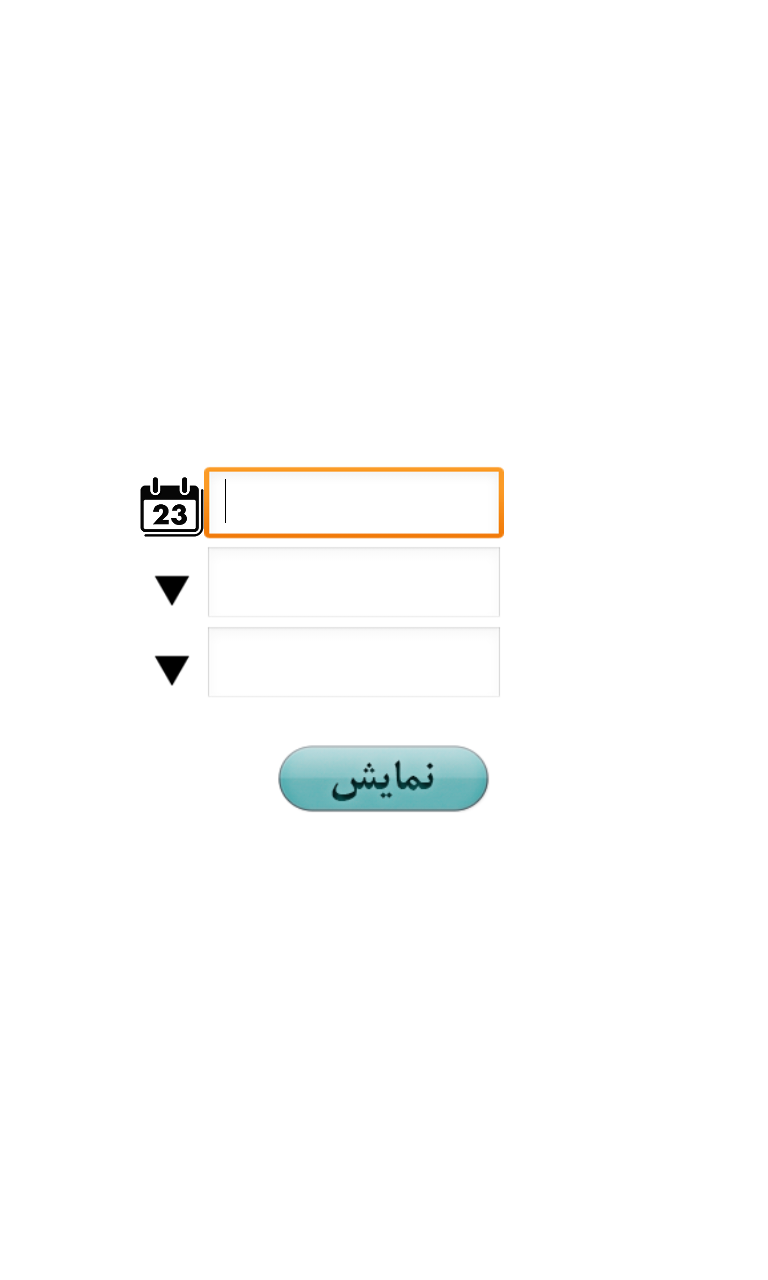
Repository: AtiehPardaz/Reports-Mobile
Layout: Reportsmobile/res/layout/frg_kala_mojodi.xml
These files come from the project's save history. The layout is drawn as it stood at one moment and after the next save; the edit follows.
It is drawn on a 768 x 1280 px phone screen (xhdpi) without system bars, with theme Theme.behzad; the app's code is not run.

Above is the layout before, as saved 2015-03-11 14:50:01.

### Reportsmobile/res/layout/frg_kala_mojodi.xml
<LinearLayout xmlns:android="http://schemas.android.com/apk/res/android"
    android:layout_width="match_parent"
    android:layout_height="match_parent"
    android:layout_gravity="center"
    android:layout_weight="1"
    android:gravity="center"
    android:orientation="vertical" >

    <LinearLayout
        android:layout_width="wrap_content"
        android:layout_height="wrap_content"
        android:layout_gravity="center"
        android:gravity="right" >

        <ImageButton
            android:id="@+id/imgbtn_underline_gardesh_hesabdari"
            android:layout_width="32dp"
            android:layout_height="32dp"
            android:layout_gravity="center"
            android:background="@drawable/ic_action_date" />

        <EditText
            android:id="@+id/et_fromdate_hesabdari"
            android:layout_width="150dp"
            android:layout_height="40dp"
            android:layout_gravity="center"
            android:inputType="date" >

            <requestFocus />
        </EditText>

        <TextView
            android:id="@+id/TextView01"
            android:layout_width="wrap_content"
            android:layout_height="wrap_content"
            android:layout_gravity="right|center"
            android:gravity="right"
            android:text="تاریخ:         "
            android:textAppearance="?android:attr/textAppearanceLarge"
            android:textColor="#ffffff"
            android:textSize="14sp" />

    </LinearLayout>

        <LinearLayout
            android:layout_width="wrap_content"
            android:layout_height="wrap_content"
            android:layout_gravity="center"
            android:gravity="right" >

            <ImageButton
                android:id="@+id/imgbtn_shakhsgardesh_hesabdari"
               android:layout_width="32dp"
                android:layout_height="32dp"
                android:layout_gravity="center"
                android:background="@drawable/down" />

            <EditText
                android:id="@+id/et_shakhsgardesh_hesabdari"
                android:layout_width="150dp"
                android:layout_height="40dp"
                android:layout_gravity="center"
                android:inputType="date" />

            <TextView
                android:id="@+id/tv_shakhsgardesh_hesabdari"
                android:layout_width="wrap_content"
                android:layout_height="wrap_content"
                android:layout_gravity="right|center"
                android:gravity="right"
                android:text="انبارها:        "
                android:textAppearance="?android:attr/textAppearanceLarge"
                android:textColor="#ffffff"
                android:textSize="14sp" />

        </LinearLayout>

        <LinearLayout
            android:layout_width="wrap_content"
            android:layout_height="wrap_content"
            android:layout_gravity="center"
            android:gravity="right" >

            <ImageButton
                android:id="@+id/imgbtn_sathtafsil_hesabdari"
               android:layout_width="32dp"
                android:layout_height="32dp"
                android:layout_gravity="center"
                android:background="@drawable/down" />

            <EditText
                android:id="@+id/et_sathtafsil_hesabdari"
                android:layout_width="150dp"
                android:layout_height="40dp"
                android:layout_gravity="center"
                android:inputType="date" />

            <TextView
                android:id="@+id/tv_sathtafsilgardesh_hesabdari"
                android:layout_width="wrap_content"
                android:layout_height="wrap_content"
                android:layout_gravity="right|center"
                android:gravity="right"
                android:text="کالاها:         "
                android:textAppearance="?android:attr/textAppearanceLarge"
                android:textColor="#ffffff"
                android:textSize="14sp" />

        </LinearLayout>

     <LinearLayout
            android:layout_width="wrap_content"
            android:layout_height="wrap_content"
            android:layout_gravity="center"
            android:gravity="right" >

            <TextView
                android:id="@+id/tv_sathtafsilgardesh_hesabdarik"
                android:layout_width="wrap_content"
                android:layout_height="wrap_content"
                android:layout_gravity="right|center"
                android:gravity="right"
                android:text="کالاها:         "
                android:textAppearance="?android:attr/textAppearanceLarge"
                android:textColor="#ffffff"
                android:textSize="14sp" />

        </LinearLayout>

<ImageButton
    android:id="@+id/imgbtn_namayesh_gardesh_hesabdari"
    android:layout_width="wrap_content"
    android:layout_height="wrap_content"
    android:background="@drawable/btnnamayesh"
    android:src="@drawable/btn_click" />

    </LinearLayout>

### Reportsmobile/res/drawable/btn_click.xml
<selector xmlns:android="http://schemas.android.com/apk/res/android">
<item android:state_focused="true" android:drawable="@drawable/btnclick"/>
<item android:state_pressed="true" android:drawable="@drawable/btnclick" />

</selector>

Loaded but not shown: Reportsmobile/res/values/styles.xml (common file)

After the next save:
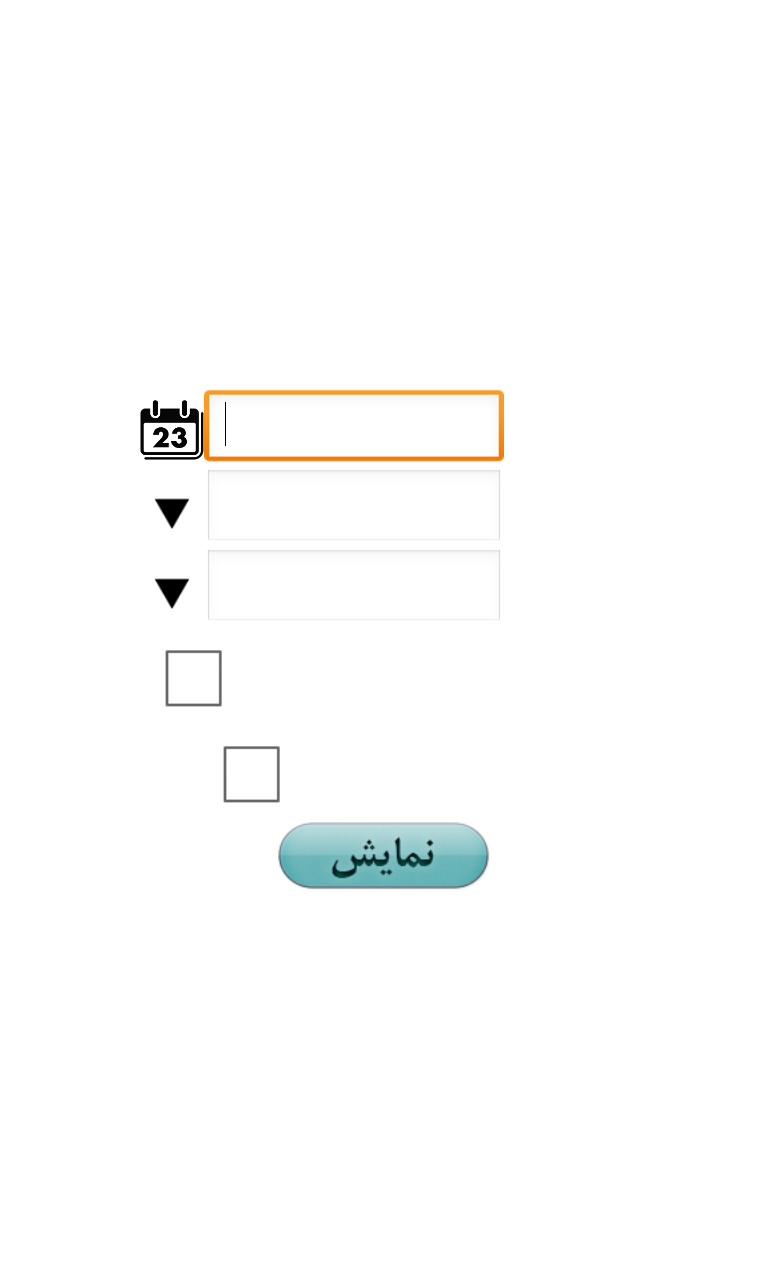
Saved 87 s later.
--- a/Reportsmobile/res/layout/frg_kala_mojodi.xml
+++ b/Reportsmobile/res/layout/frg_kala_mojodi.xml
@@ -114,19 +114,26 @@
             android:layout_gravity="center"
             android:gravity="right" >
 
-            <TextView
-                android:id="@+id/tv_sathtafsilgardesh_hesabdarik"
+            <CheckBox
+                android:id="@+id/checkBox2"
                 android:layout_width="wrap_content"
                 android:layout_height="wrap_content"
-                android:layout_gravity="right|center"
-                android:gravity="right"
-                android:text="کالاها:         "
-                android:textAppearance="?android:attr/textAppearanceLarge"
-                android:textColor="#ffffff"
-                android:textSize="14sp" />
+                android:text="عدم نمایش کالاهای موجودی صفر" />
 
         </LinearLayout>
+<LinearLayout
+            android:layout_width="wrap_content"
+            android:layout_height="wrap_content"
+            android:layout_gravity="center"
+            android:gravity="right" >
 
+            <CheckBox
+                android:id="@+id/checkBox2"
+                android:layout_width="wrap_content"
+                android:layout_height="wrap_content"
+                android:text="نمایش بصورت تجمیعی" />
+
+        </LinearLayout>
 <ImageButton
     android:id="@+id/imgbtn_namayesh_gardesh_hesabdari"
     android:layout_width="wrap_content"
